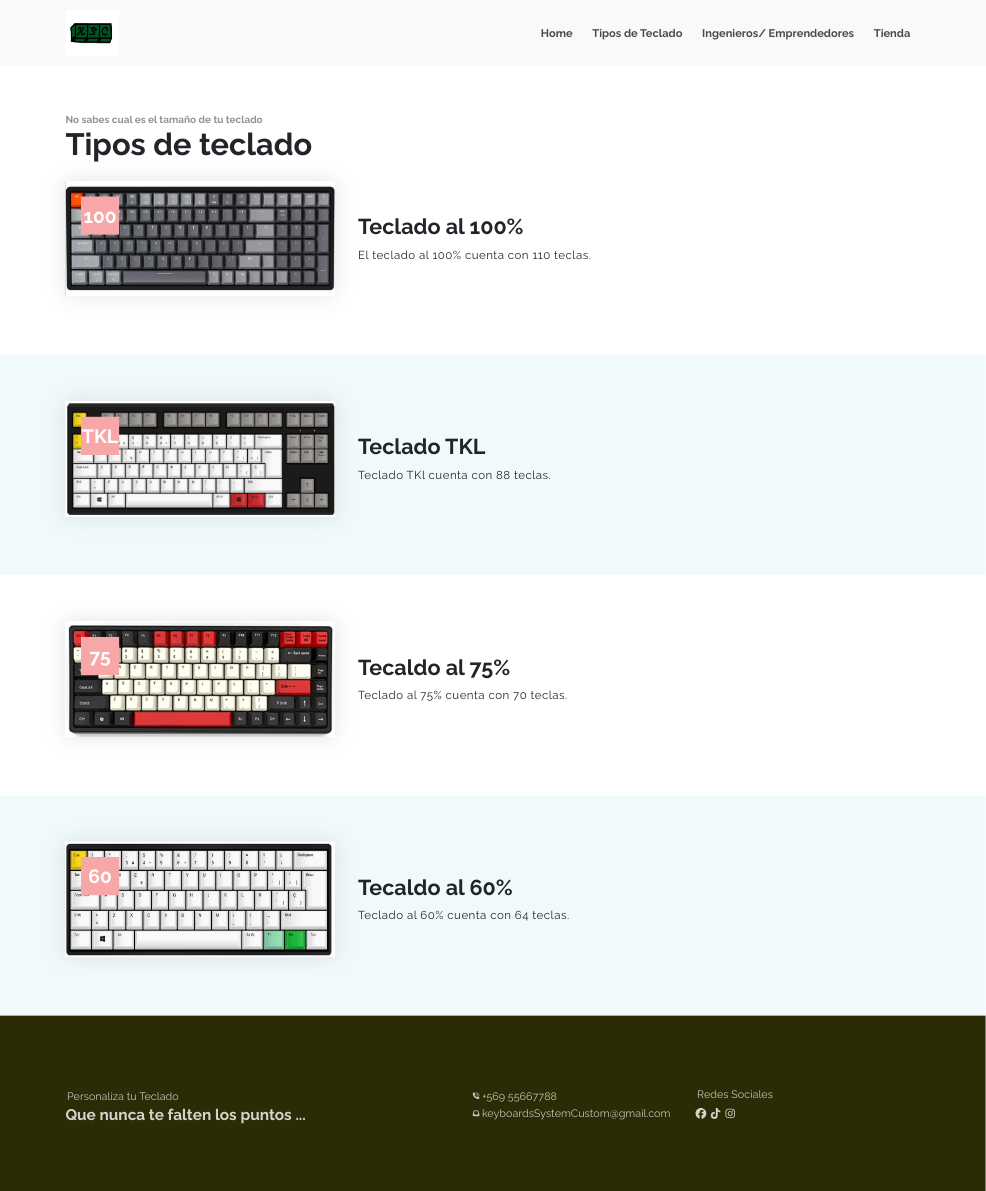
Repository: sebaqqq/customKeyboard
Page: /keyboardAbout
The author's editor kept a copy of each file at every save. The page is drawn from the files as they stood at one save, then again after a run of saves.
The browser window is 1280 px wide. The pictures show the whole page, at 77% of full size.
The project was rebuilt for these pictures with package versions that can differ from the ones it lists, and the page was loaded fresh each time. The framework's server and built-in components were replaced by stand-ins that run in the browser. Also part of the build but not shown: next.config.js.

Above is the page before, as saved 2023-01-28 11:12:10.

After the next 2 saves:
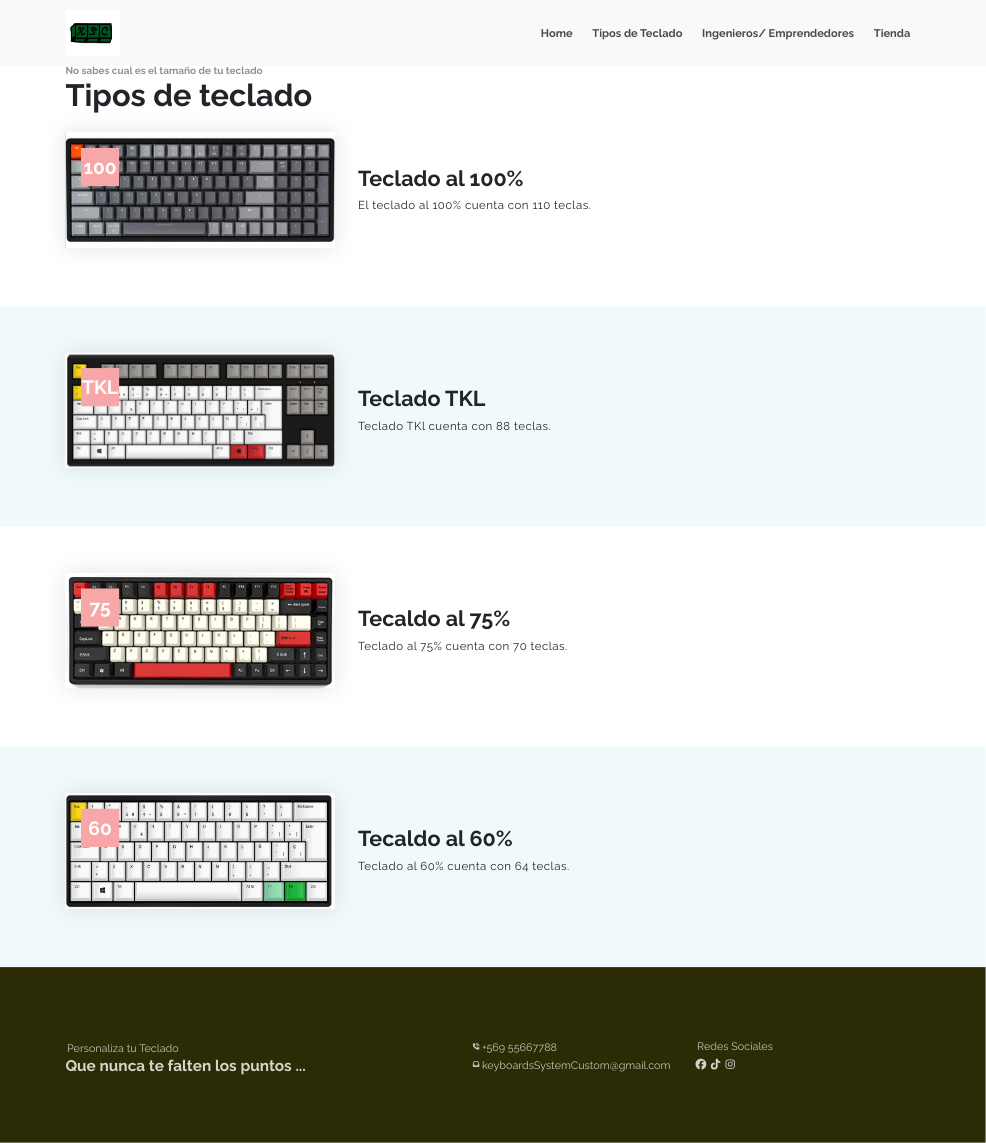
The 2 saves are shown as one change because they came seconds apart.
The last was saved 24 s later.
--- a/pages/keyboardAbout.js
+++ b/pages/keyboardAbout.js
@@ -10,8 +10,8 @@ const keyboardAboutPage = () => {
             <Layout
                 pagina= "Tipos de Teclado"
             >
-                <h6 className="xs-font mb-0">No sabes cual es el tamaño de tu teclado</h6>
-                <h1 className="section-title mb-4">Tipos de teclado</h1>
+                <h6 className="xs-font mb-0"></h6>
+                <h1 className="section-title mb-4"></h1>
                 <section className="section" id="blog">
                     <div className="container mb-3">
                         <h6 className="xs-font mb-0">No sabes cual es el tamaño de tu teclado</h6>
